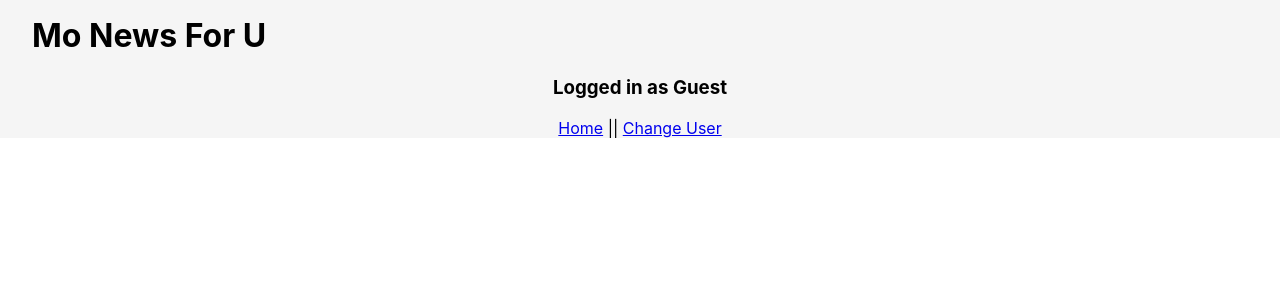
Repository: tabal97/fe-mo-news-for-u
Page: / (app in mo-news-for-u/)
The author's editor kept a copy of each file at every save. The page is drawn from the files as they stood at one save, then again after the next save.
The browser window is 1280 px wide. The pictures show the whole page.
The page's requests for data from a server got no answer. The project was rebuilt for these pictures with package versions that can differ from the ones it lists, and the page was loaded fresh each time. No one was signed in, and anything a server would have sent is missing. Also part of the build but not shown: mo-news-for-u/src/Styles/ArticleCard.module.css, mo-news-for-u/src/Components/ArticleCard.jsx, mo-news-for-u/src/Styles/SingleArticle.module.css, mo-news-for-u/src/Styles/VotesCard.module.css, mo-news-for-u/src/Components/VotesCard.jsx, mo-news-for-u/src/Styles/CommentCard.module.css, mo-news-for-u/src/Components/CommentCard.jsx, mo-news-for-u/src/Styles/CommentAdder.module.css and 8 more.

Above is the page before, as saved 2019-10-10 14:43:04.

After the next save:
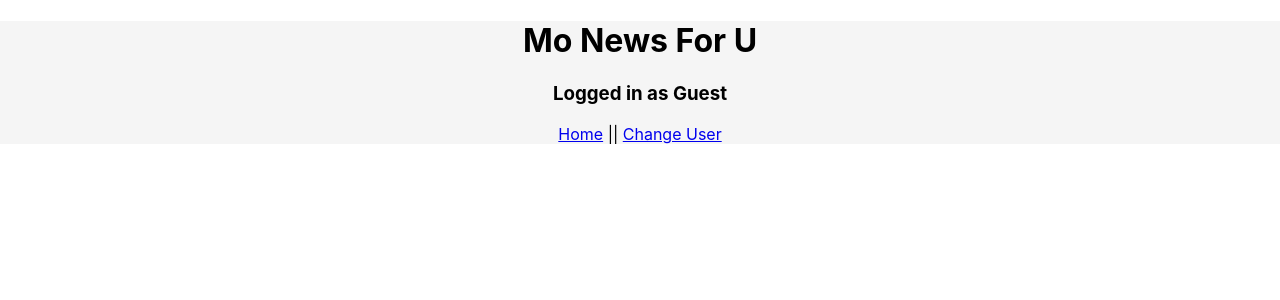
Saved 8 s later.
--- a/mo-news-for-u/src/Styles/Header.module.css
+++ b/mo-news-for-u/src/Styles/Header.module.css
@@ -2,14 +2,3 @@
     display: flex;
     justify-content: space-between;
 }
-
-
-.title{
-    margin-top:0px;
-    padding-top: 1rem;
-    text-align: justify;
-    padding-left: 2rem;
-}
-
-.login{
-}

After the save that followed:
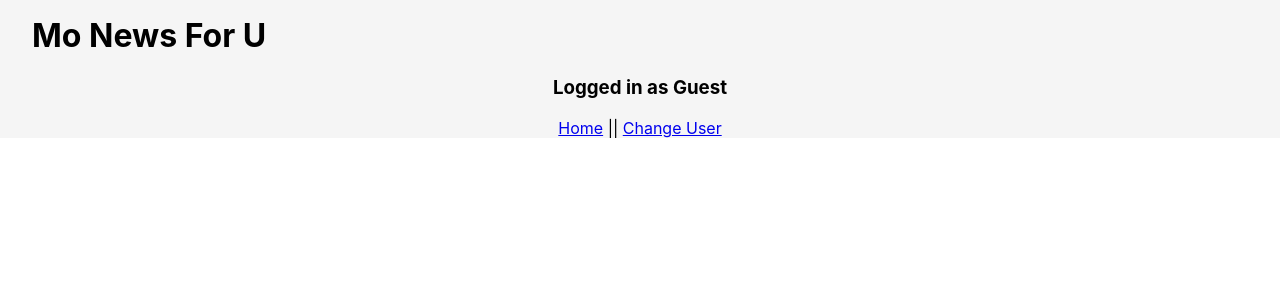
Saved 21 s later.
--- a/mo-news-for-u/src/Styles/Header.module.css
+++ b/mo-news-for-u/src/Styles/Header.module.css
@@ -1,4 +1,18 @@
 .header{
-    display: flex;
-    justify-content: space-between;
+    display: grid;
+    grid-template-columns: 4fr 1fr;
+    grid-template-areas: "title login"
 }
+
+
+.title{
+    margin-top:0px;
+    padding-top: 1rem;
+    text-align: justify;
+    padding-left: 2rem;
+    grid-area: title;
+}
+
+.login{
+    grid-area: login
+}
